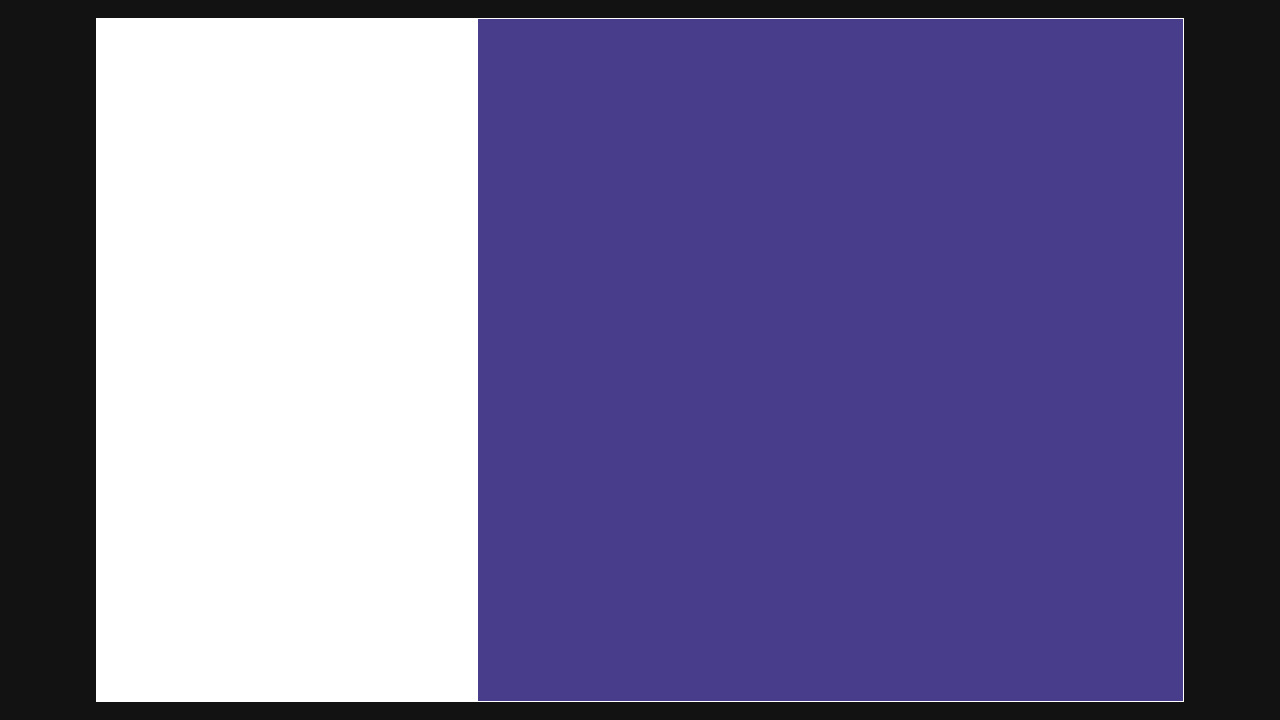
Repository: trang712/zing-mp3
Page: login.html
These files come from the project's save history. The page is drawn as it stood at one moment and after the next save; the edit follows.
The browser window is 1280 px wide. The pictures show the whole page.

Above is the page before, as saved 2022-11-13 15:10:03.

After the next save:
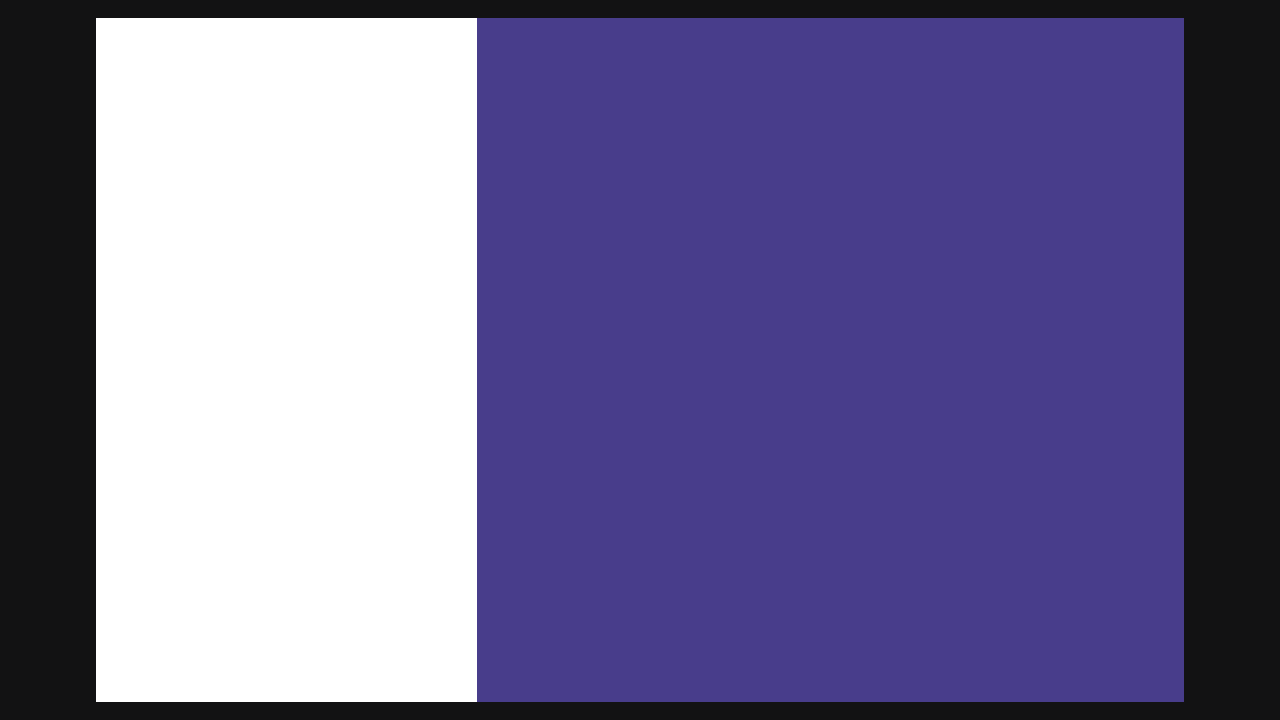
Saved 34 s later.
--- a/style.css
+++ b/style.css
@@ -738,7 +738,7 @@ header .left_bx1 , .right_bx1{
   position: relative;
   width: 65%;
   height: 100%;
-  border: 1px solid var(--hover-color);
+  /* border: 1px solid var(--hover-color); */
   background: var(--background-sidebar);
 }
 header .left_bx1{
